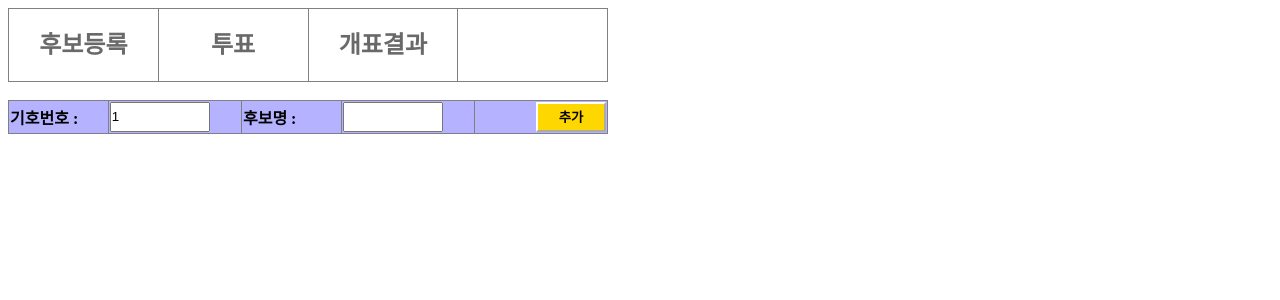
Repository: noheul1030/KOPO-HTML
Page: http://localhost/Tupyo/Tupyo/A_01.jsp
These files come from the project's save history. The page is drawn as it stood at one moment and after the next save; the edit follows.
The browser window is 1280 px wide. The pictures show the whole page.
The page is served by Tomcat 9. Queries for data that is not in the repository find no rows.

Above is the page before, as saved 2023-06-03 14:14:14.

After the next save:
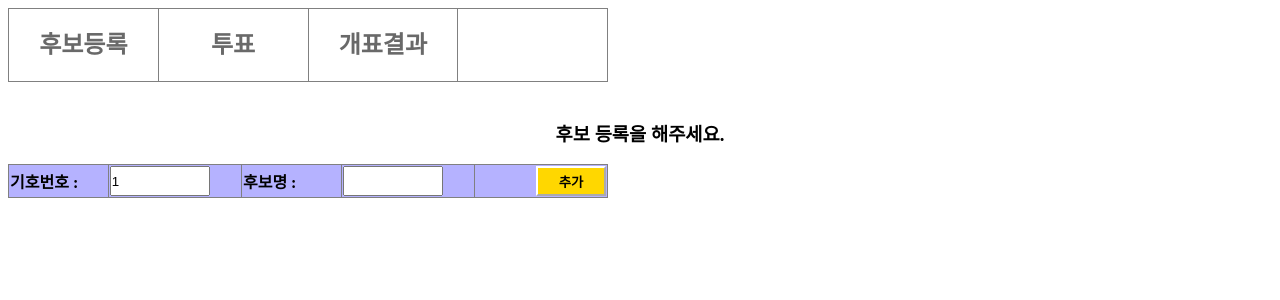
Saved 80 min 5 s later.
--- a/Tupyo/src/main/webapp/Tupyo/A_01.jsp
+++ b/Tupyo/src/main/webapp/Tupyo/A_01.jsp
@@ -80,7 +80,7 @@
     		</tr>
 		</table>
 		<br>
-
+    	<h3 align=center>후보 등록을 해주세요.</h3>
 		<form method = 'post'>
 		<table cellspacing="1" width="600" border="1" align="" style="border-collapse: collapse;" >
 			<tr>
